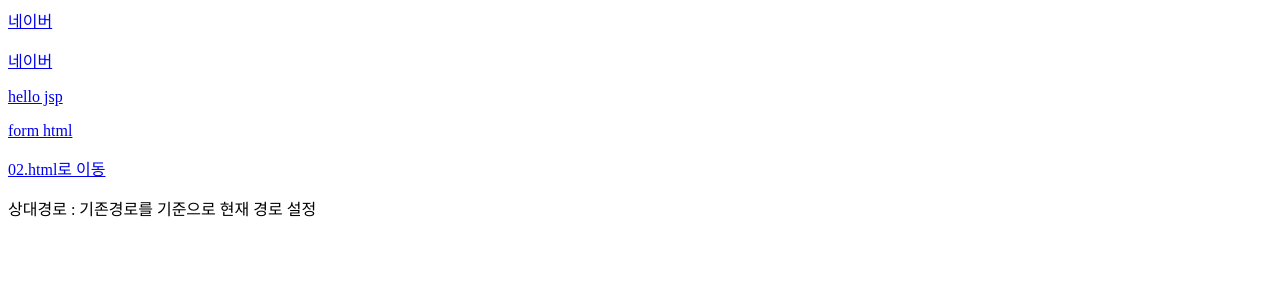
Repository: DrakeJU/eclipse-workspace
Page: Web/WebContent/atag.html
The author's editor kept a copy of each file at every save. The page is drawn from the files as they stood at one save, then again after the next save.
The browser window is 1280 px wide. The pictures show the whole page.

Above is the page before, as saved 2017-10-16 01:17:01.

After the next save:
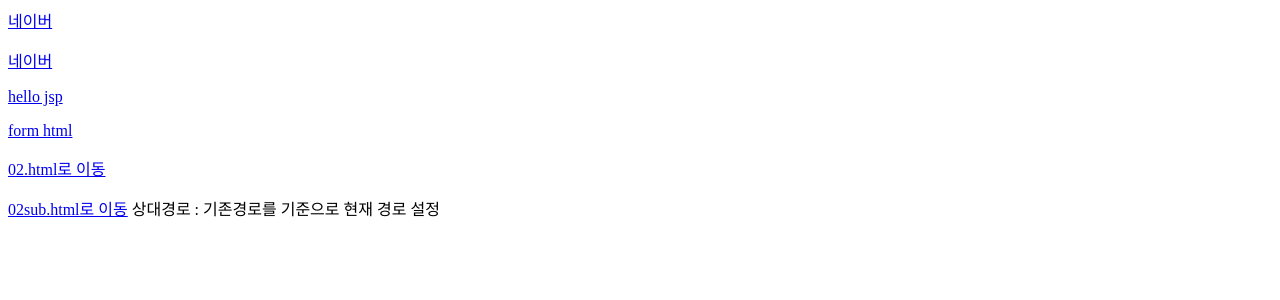
Saved 94 s later.
--- a/Web/WebContent/atag.html
+++ b/Web/WebContent/atag.html
@@ -16,6 +16,8 @@
 
 	<a href = "./02/02.html">02.html로 이동</a><p>
 
+	<a href = "./02_sub/02sub.html">02sub.html로 이동</a>
+
 	상대경로 : 기존경로를 기준으로 현재 경로 설정
 
 </body>
